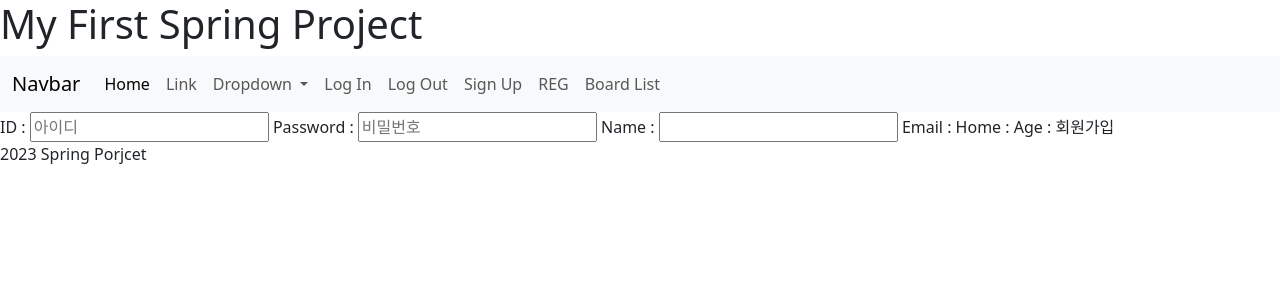
Repository: Leesunghoon1/ezenSpring
Page: http://localhost/spring-Test/WEB-INF/views/member/signup.jsp
The author's editor kept a copy of each file at every save. The page is drawn from the files as they stood at one save, then again after the next save.
The browser window is 1280 px wide. The pictures show the whole page.
The page is served by Tomcat 9. Nobody is signed in. Other server files are loaded and not shown. The template is opened directly, without the code that normally fills it, so the values that code supplies are empty.

Above is the page before, as saved 2023-10-06 07:05:37.

### spring-Test/src/main/webapp/WEB-INF/views/member/signup.jsp
<%@ page language="java" contentType="text/html; charset=UTF-8"
    pageEncoding="UTF-8"%>
    <%@ taglib uri="http://java.sun.com/jsp/jstl/core" prefix="c" %>
<!DOCTYPE html>
<html>
<head>
<meta charset="UTF-8">
<title>회원가입 페이지</title>
</head>
<body>
<jsp:include page="../layout/header.jsp"></jsp:include>
<form action="/member/signup" method="post">
ID : <input type="text" name="id" placeholder="아이디">
Password : <input type="password" name="pw" placeholder="비밀번호">
Name : <input type="">
Email :
Home :
Age :

<botton type="submit">회원가입</botton>
</form>

<jsp:include page="../layout/footer.jsp"></jsp:include>
</body>
</html>

### spring-Test/src/main/webapp/WEB-INF/views/layout/header.jsp
<%@ page language="java" contentType="text/html; charset=UTF-8"
    pageEncoding="UTF-8"%>
    <%@ taglib uri="http://java.sun.com/jsp/jstl/core" prefix="c" %>
<!DOCTYPE html>
<html>
<head>
<meta charset="UTF-8">
<title>Insert title here</title>
<link href="https://cdn.jsdelivr.net/npm/bootstrap@5.3.1/dist/css/bootstrap.min.css" rel="stylesheet" integrity="sha384-4bw+/aepP/YC94hEpVNVgiZdgIC5+VKNBQNGCHeKRQN+PtmoHDEXuppvnDJzQIu9" crossorigin="anonymous">
<script src="https://cdn.jsdelivr.net/npm/bootstrap@5.3.1/dist/js/bootstrap.bundle.min.js" integrity="sha384-HwwvtgBNo3bZJJLYd8oVXjrBZt8cqVSpeBNS5n7C8IVInixGAoxmnlMuBnhbgrkm" crossorigin="anonymous"></script>
</head>
<body>
<h1> My First Spring Project </h1>

<nav class="navbar navbar-expand-lg bg-body-tertiary">
  <div class="container-fluid">
    <a class="navbar-brand" href="#">Navbar</a>
    <button class="navbar-toggler" type="button" data-bs-toggle="collapse" data-bs-target="#navbarSupportedContent" aria-controls="navbarSupportedContent" aria-expanded="false" aria-label="Toggle navigation">
      <span class="navbar-toggler-icon"></span>
    </button>
    <div class="collapse navbar-collapse" id="navbarSupportedContent">
      <ul class="navbar-nav me-auto mb-2 mb-lg-0">
        <li class="nav-item">
          <a class="nav-link active" aria-current="page" href="#">Home</a>
        </li>
        <li class="nav-item">
          <a class="nav-link" href="#">Link</a>
        </li>
        <li class="nav-item dropdown">
          <a class="nav-link dropdown-toggle" href="#" role="button" data-bs-toggle="dropdown" aria-expanded="false">
            Dropdown
          </a>
          <ul class="dropdown-menu">
            <li><a class="dropdown-item" href="#">Action</a></li>
            <li><a class="dropdown-item" href="#">Another action</a></li>
            <li><hr class="dropdown-divider"></li>
            <li><a class="dropdown-item" href="#">Something else here</a></li>
          </ul>
        </li>
        <li class="nav-item">
          <a class="nav-link" href="/board/register">Log In</a>
        </li>
                <li class="nav-item">
          <a class="nav-link" href="/board/register">Log Out</a>
        </li>
                <li class="nav-item">
          <a class="nav-link" href="/board/register">Sign Up</a>
        </li>
                <li class="nav-item">
          <a class="nav-link" href="/board/register">REG</a>
        </li>
                <li class="nav-item">
          <a class="nav-link" href="/board/list">Board List</a>
        </li>
      </ul>
<!--       <form class="d-flex" role="search">
        <input class="form-control me-2" type="search" placeholder="Search" aria-label="Search">
        <button class="btn btn-outline-success" type="submit">Search</button>
      </form> -->
    </div>
  </div>
</nav>

### spring-Test/src/main/webapp/WEB-INF/views/layout/footer.jsp
<%@ page language="java" contentType="text/html; charset=UTF-8"
    pageEncoding="UTF-8"%>

<div>
2023 Spring Porjcet
</div>
</body>
</html>

After the next save:
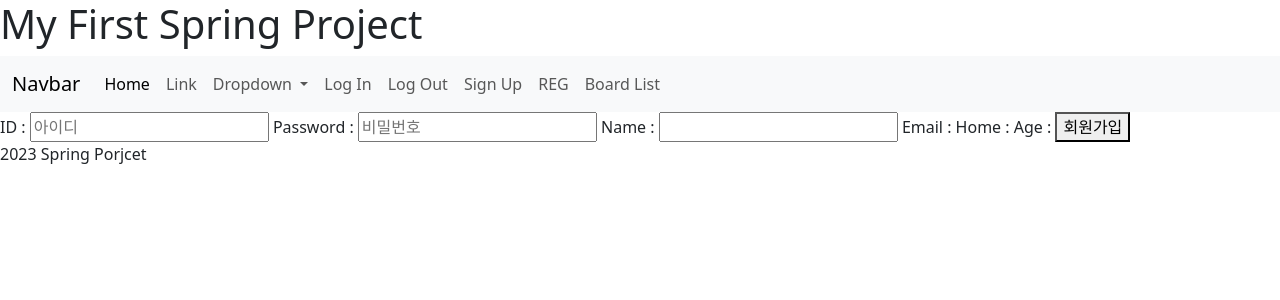
Saved 7 s later.
--- a/spring-Test/src/main/webapp/WEB-INF/views/member/signup.jsp
+++ b/spring-Test/src/main/webapp/WEB-INF/views/member/signup.jsp
@@ -17,7 +17,7 @@ Email :
 Home :
 Age :
 
-<botton type="submit">회원가입</botton>
+<button type="submit">회원가입</button>
 </form>
 
 <jsp:include page="../layout/footer.jsp"></jsp:include>
